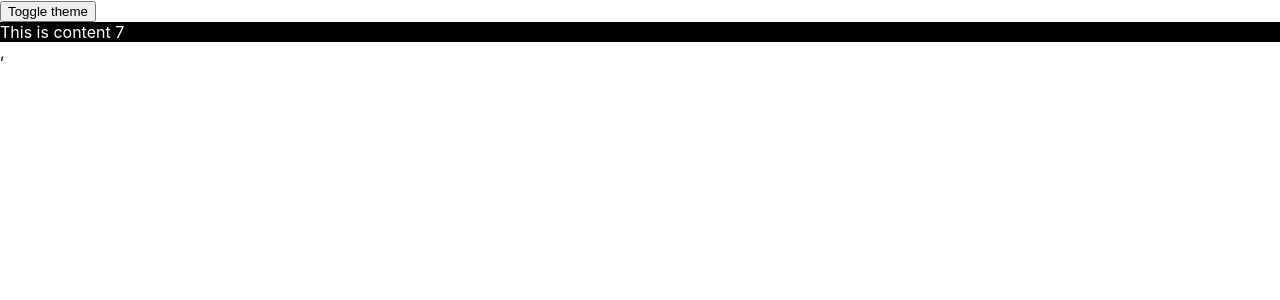
Repository: haidawngvn/hooks-bible
Page: /
The author's editor kept a copy of each file at every save. The page is drawn from the files as they stood at one save, then again after a run of saves.
The browser window is 1280 px wide. The pictures show the whole page.
The project was rebuilt for these pictures with package versions that can differ from the ones it lists, and the page was loaded fresh each time. Also part of the build but not shown: src/Content3.js.

Above is the page before, as saved 2022-07-31 15:01:19.

### public/index.html
<!DOCTYPE html>
<html lang="en">
  <head>
    <meta charset="utf-8" />
    <link rel="icon" href="%PUBLIC_URL%/favicon.ico" />
    <meta name="viewport" content="width=device-width, initial-scale=1" />
    <meta name="theme-color" content="#000000" />
    <meta
      name="description"
      content="Web site created using create-react-app"
    />
    <link rel="apple-touch-icon" href="%PUBLIC_URL%/logo192.png" />
    <!--
      manifest.json provides metadata used when your web app is installed on a
      user's mobile device or desktop. See https://developers.google.com/web/fundamentals/web-app-manifest/
    -->
    <link rel="manifest" href="%PUBLIC_URL%/manifest.json" />
    <!--
      Notice the use of %PUBLIC_URL% in the tags above.
      It will be replaced with the URL of the `public` folder during the build.
      Only files inside the `public` folder can be referenced from the HTML.

      Unlike "/favicon.ico" or "favicon.ico", "%PUBLIC_URL%/favicon.ico" will
      work correctly both with client-side routing and a non-root public URL.
      Learn how to configure a non-root public URL by running `npm run build`.
    -->
    <title>Hooks Examples</title>
  </head>
  <body>
    <noscript>You need to enable JavaScript to run this app.</noscript>
    <div id="root"></div>
    <!--
      This HTML file is a template.
      If you open it directly in the browser, you will see an empty page.

      You can add webfonts, meta tags, or analytics to this file.
      The build step will place the bundled scripts into the <body> tag.

      To begin the development, run `npm start` or `yarn start`.
      To create a production bundle, use `npm run build` or `yarn build`.
    -->
  </body>
</html>

### src/index.js
import React from 'react';
import ReactDOM from 'react-dom/client';
import './index.css';
import App from './App';
import Content3 from './Content3';
import reportWebVitals from './reportWebVitals';
import { ThemeProvider} from './ThemeContext'



// Fake auto comment function
function emitComment(id) {
    setInterval(() => {
        window.dispatchEvent(
            new CustomEvent(`lesson-${id}`, {
                detail: `comment on lession-${id}`
            })
        )
    }, 2000)
}

emitComment(1)
emitComment(2)
emitComment(3)

const root = ReactDOM.createRoot(document.getElementById('root'));
root.render(
//   <React.StrictMode>
    [
        <ThemeProvider>
            <App />,
        </ThemeProvider>
    ]
//   </React.StrictMode>
);

// If you want to start measuring performance in your app, pass a function
// to log results (for example: reportWebVitals(console.log))
// or send to an analytics endpoint. Learn more: https://bit.ly/CRA-vitals
reportWebVitals();

### src/App.js
import  {  useContext } from 'react'
import Content6 from './Content6'
import './App.css'
import { ThemeProvider, ThemeContext} from './ThemeContext'


// use context
// truyển dữ liệu từ component cha xuống con mà kh cần dùng props
// CompA => CompB => CompC

// 3 bước khi xài useContext
// 1. create context (tạo context từ A thì có thể chuyển từ A tới B hoặc C,D....)
//    CompA => CompB => CompC
// 2. provider (thằng cung cấp dữ liệu)
// 3. consumer (thằng nhận dữ liệu)

// 1. create context (tạo context từ A thì có thể chuyển từ A tới B hoặc C,D....)
// export const ThemeContext = createContext()
// createContext() sẽ trả về 1 object có chứa 2 react component là provider, consumer


function App() {

    // const [theme, setTheme] = useState('dark')

    // const toggleTheme = () => {
    //     setTheme(theme === 'dark' ? 'light' : 'dark')

    // }

    {/* 2. provider (thằng cung cấp dữ liệu) */}
    // return (
    //     <ThemeContext.Provider value={theme}>
    //         <div>
    //             <button>
    //                 Toggle theme
    //             </button>
    //             <Content6/>
    //         </div>
    //     </ThemeContext.Provider>
    // )

    const context= useContext(ThemeContext)

    return (
        <div>
            <button onClick={context.toggleTheme}>
                Toggle theme
            </button>
            <Content6/>
        </div>
    )
}

export default App

### src/ThemeContext.js
import  {  useContext, createContext, useState } from 'react'


const ThemeContext = createContext()


function ThemeProvider( {children}) {

    const [theme, setTheme] = useState('dark')

    const toggleTheme = () => {
        setTheme(theme === 'dark' ? 'light' : 'dark')
    }

    const value = {
        theme,
        toggleTheme
    }

    return (
        <ThemeContext.Provider value={value}>
            { children }
        </ThemeContext.Provider>
    )
}

export { ThemeProvider, ThemeContext }

### src/Content6.js
import Content7 from './Content7'


function Content6() {
    return (
        <div>
            <Content7/>
        </div>
    )
}

export default Content6;

### src/App.css
.dark {
  background-color: black;
  color: white;
}
.light {
  background-color: orange;
  color: white;
}

### src/Content7.js
import {useContext} from 'react'
import {ThemeContext} from './ThemeContext'


function Content7() {

    const context = useContext(ThemeContext)

    console.log(context.theme);
    return (
        <div className={context.theme}>
            This is content 7
        </div>
    )
}

export default Content7;

### src/useState.js
import  { useState } from 'react'


function App() {

  // cú pháp của useState
  // const [state, setState] = useState(initState)
  const [counter, setCounter] = useState(1)

  const handleIncrease = () => {
    // khi setCounter thì react sẽ gọi lại component App này
    // ====> Component sẽ re-render sau khi setState

    // setCounter(counter + 1)
    // khi gọi 3 lần như này, counter vẫn chỉ +1 sau khi bấm increase

    setCounter(prevState => prevState +1)
    // khi gọi 3 lần như này, counter cộng +3 sau khi bấm increase
  }


  // const [cars, setCars] = useState(['Bugatti', 'Roll-Royce', 'Maybach']);

  // const handleUpdate = () => {
  //        setCars((prevState) => {
  //             return [...prevState, 'Lamborghini']
  //        })
  // }
  // =====> ["Bugatti", "Roll-Royce", "Maybach", "Lamborghini"]

  return (
    <div className="App">
      <h1> {counter}</h1>
      <button onClick={handleIncrease}>Increase</button>
    </div>
  );
}

export default App;

Loaded but not shown: src/index.css (common file); src/reportWebVitals.js (common file)

After the next 4 saves:
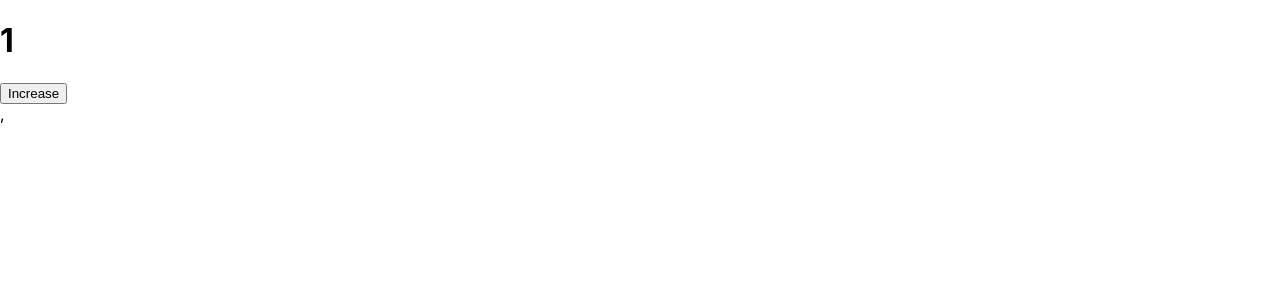
The 4 saves are shown as one change because 3 did not build or start.
The last was saved 3 h 49 min later.
--- a/src/App.js
+++ b/src/App.js
@@ -1,53 +1,9 @@
-import  {  useContext } from 'react'
-import Content6 from './Content6'
-import './App.css'
-import { ThemeProvider, ThemeContext} from './ThemeContext'
-
-
-// use context
-// truyển dữ liệu từ component cha xuống con mà kh cần dùng props
-// CompA => CompB => CompC
-
-// 3 bước khi xài useContext
-// 1. create context (tạo context từ A thì có thể chuyển từ A tới B hoặc C,D....)
-//    CompA => CompB => CompC
-// 2. provider (thằng cung cấp dữ liệu)
-// 3. consumer (thằng nhận dữ liệu)
-
-// 1. create context (tạo context từ A thì có thể chuyển từ A tới B hoặc C,D....)
-// export const ThemeContext = createContext()
-// createContext() sẽ trả về 1 object có chứa 2 react component là provider, consumer
-
+import UseState from './useState'
 
 function App() {
-
-    // const [theme, setTheme] = useState('dark')
-
-    // const toggleTheme = () => {
-    //     setTheme(theme === 'dark' ? 'light' : 'dark')
-
-    // }
-
-    {/* 2. provider (thằng cung cấp dữ liệu) */}
-    // return (
-    //     <ThemeContext.Provider value={theme}>
-    //         <div>
-    //             <button>
-    //                 Toggle theme
-    //             </button>
-    //             <Content6/>
-    //         </div>
-    //     </ThemeContext.Provider>
-    // )
-
-    const context= useContext(ThemeContext)
-
     return (
         <div>
-            <button onClick={context.toggleTheme}>
-                Toggle theme
-            </button>
-            <Content6/>
+            <UseState/>
         </div>
     )
 }
--- a/src/useState.js
+++ b/src/useState.js
@@ -1,7 +1,7 @@
 import  { useState } from 'react'
 
 
-function App() {
+function UseState() {
 
   // cú pháp của useState
   // const [state, setState] = useState(initState)
@@ -36,4 +36,4 @@ function App() {
   );
 }
 
-export default App;
+export default UseState;
